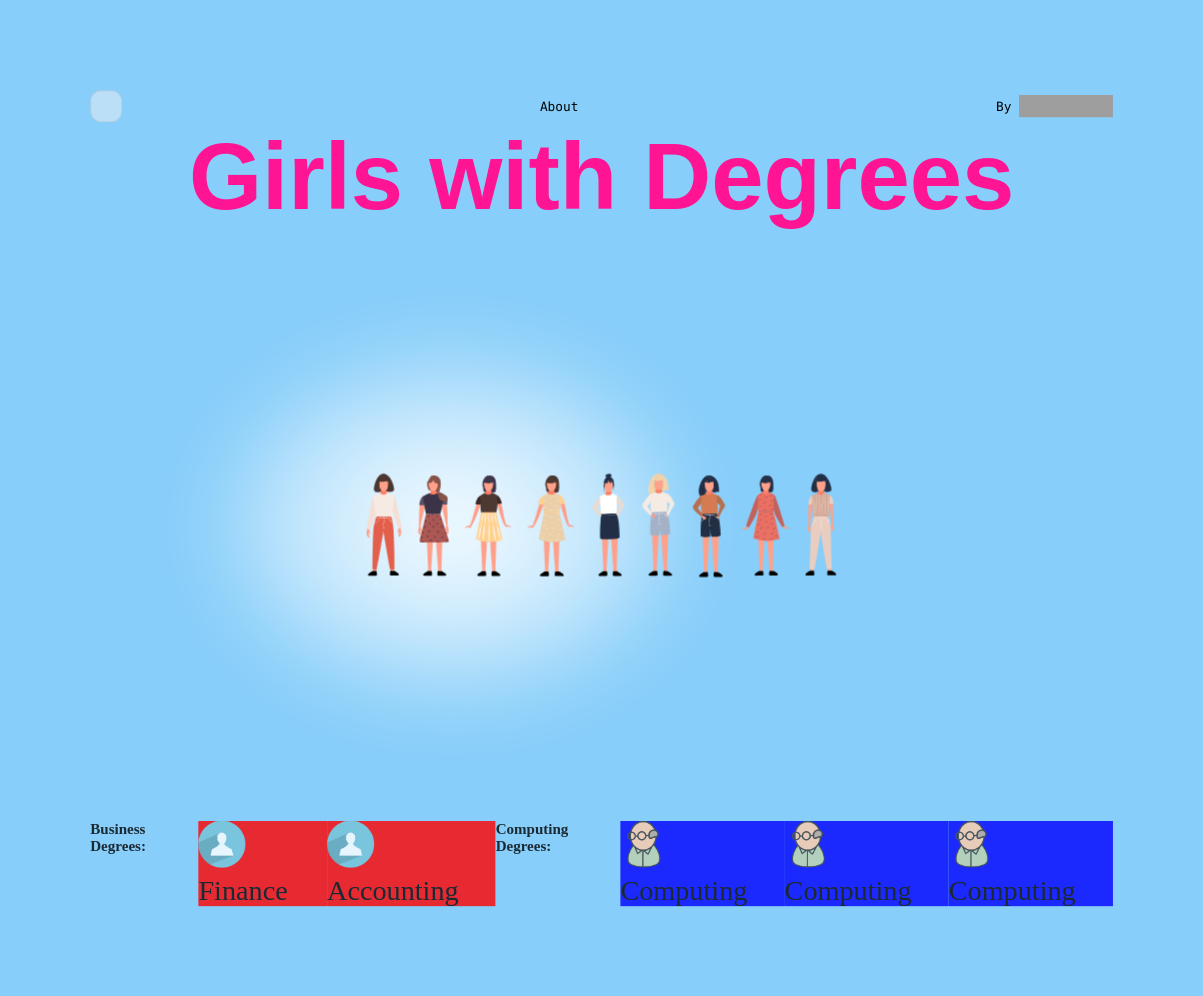
Repository: bguemos/week3example
Page: /
These files come from the project's save history. The page is drawn as it stood at one moment and after the next save; the edit follows.
The browser window is 1280 px wide. The pictures show the whole page, at 94% of full size.
Pictures or frames that could not be fetched are drawn as grey boxes. The project was rebuilt for these pictures with package versions that can differ from the ones it lists, and the page was loaded fresh each time. The framework's server and built-in components were replaced by stand-ins that run in the browser. Also part of the build but not shown: next.config.js.

Above is the page before, as saved 2023-01-18 12:20:43.

### pages/index.js
import Head from 'next/head'
import Image from 'next/image'
import { Inter } from '@next/font/google'
import styles from '@/styles/Home.module.css'
import data from '../data/education.json'
import { useState } from 'react'
import Card from '../components/Card'
import Link from 'next/link'

const inter = Inter({ subsets: ['latin'] })

export default function Home() {
    const [information, setInformation] = useState([...data])
     console.log(data);
  return (
    <>
      <Head>
        <title>The Office</title>
        <meta name="description" content="Generated by create next app" />
        <meta name="viewport" content="width=device-width, initial-scale=1" />
        <link rel="icon" href="/favicon.ico" />
      </Head>
      <main className={styles.main}>
        <div className={styles.description}>
          <p>

            <code className={styles.code}></code>
          </p>
          <Link href="About">About</Link>
          <div>
            <a
              href="https://vercel.com?utm_source=create-next-app&utm_medium=default-template&utm_campaign=create-next-app"
              target="_blank"
              rel="noopener noreferrer"
            >
              By{' '}
              <Image
                src="/vercel.svg"
                alt="Vercel Logo"
                className={styles.vercelLogo}
                width={100}
                height={24}
                priority
              />
            </a>
          </div>
        </div>

        <h1 className={styles.header}> Girls with Degrees</h1>

        <div className={styles.center}>
          <Image
            className={styles.logo}
            src="/women.svg"
            alt="womanLogo"
            width={500}
            height={500}
            priority
          />


        </div>

        <div className={styles.grid}>
          <b> Business Degrees: </b>
          {information && information.map((info, index) => {
            if(info.department === "Business"){
              return(
                <Card key={index} degree={info.degree} colour="red" font="30px"/>
              )
            }
           })}
           <b> Computing Degrees:</b>
           {information && information.map((info, index) => {
            if(info.department === "Computing"){
              return(
              <Card key={index} degree={info.department} colour="blue" font="30px"/>
              )
            }
            })}
        </div>
      </main>
    </>
  )
}

### styles/Home.module.css
.main {
  display: flex;
  flex-direction: column;
  justify-content: space-between;
  align-items: center;
  padding: 6rem;
  min-height: 100vh;
  background-color: lightskyblue;

}

.description {
  display: inherit;
  justify-content: inherit;
  align-items: inherit;
  font-size: 0.85rem;
  max-width: var(--max-width);
  width: 100%;
  z-index: 2;
  font-family: var(--font-mono);
}

.description a {
  display: flex;
  justify-content: center;
  align-items: center;
  gap: 0.5rem;
}

.description p {
  position: relative;
  margin: 0;
  padding: 1rem;
  background-color: rgba(var(--callout-rgb), 0.5);
  border: 1px solid rgba(var(--callout-border-rgb), 0.3);
  border-radius: var(--border-radius);
}

.code {
  font-weight: 700;
  font-family: var(--font-mono);
}

.grid {
  display: flex;
  flex-direction: row;
  flex-wrap: nowrap;
  grid-template-columns: repeat(4, minmax(25%, auto));
  width: var(--max-width);
  max-width: 100%;
  opacity: .8;

}

.card {
  padding: 1rem 1.2rem;
  border-radius: var(--border-radius);
  background: rgba(var(--card-rgb), 0);
  border: 1px solid rgba(var(--card-border-rgb), 0);
  transition: background 200ms, border 200ms;
}

.card span {
  display: inline-block;
  transition: transform 200ms;
}

.card h2 {
  font-weight: 600;
  margin-bottom: 0.7rem;
}

.card p {
  margin: 0;
  opacity: 0.6;
  font-size: 0.9rem;
  line-height: 1.5;
  max-width: 30ch;
}

.center {
  display: flex;
  justify-content: center;
  align-items: center;
  position: relative;
  padding: 4rem 0;
}

.center::before {
  background: var(--secondary-glow);
  border-radius: 50%;
  width: 480px;
  height: 360px;
  margin-left: -400px;
}

.center::after {
  background: var(--primary-glow);
  width: 240px;
  height: 180px;
  z-index: -1;
}

.center::before,
.center::after {
  content: '';
  left: 50%;
  position: absolute;
  filter: blur(45px);
  transform: translateZ(0);
}

.logo,
.thirteen {
  position: relative;

}
.header{
  position: relative;
  font-size: 100px;
  font-family: Arial, Helvetica, sans-serif;
  color: deeppink;
}

.thirteen::before,
.thirteen::after {
  content: '';
  position: absolute;
  z-index: -1;
}

/* Conic Gradient Animation */
.thirteen::before {
  animation: 6s rotate linear infinite;
  width: 200%;
  height: 200%;
  background: var(--tile-border);
}

/* Inner Square */
.thirteen::after {
  inset: 0;
  padding: 1px;
  border-radius: var(--border-radius);
  background: linear-gradient(
    to bottom right,
    rgba(var(--tile-start-rgb), 1),
    rgba(var(--tile-end-rgb), 1)
  );
  background-clip: content-box;
}

/* Enable hover only on non-touch devices */
@media (hover: hover) and (pointer: fine) {
  .card:hover {
    background: rgba(var(--card-rgb), 0.1);
    border: 1px solid rgba(var(--card-border-rgb), 0.15);
  }

  .card:hover span {
    transform: translateX(4px);
  }
}

@media (prefers-reduced-motion) {
  .thirteen::before {
    animation: none;
  }

  .card:hover span {
    transform: none;
  }
}

/* Mobile */
@media (max-width: 700px) {
  .content {
    padding: 4rem;
  }

  .grid {
    grid-template-columns: 1fr;
    margin-bottom: 120px;
    max-width: 320px;
    text-align: center;
  }

  .card {
    padding: 1rem 2.5rem;
  }

  .card h2 {
    margin-bottom: 0.5rem;
  }

  .center {
    padding: 8rem 0 6rem;
  }

  .center::before {
    transform: none;
    height: 300px;
  }

  .description {
    font-size: 0.8rem;
  }

  .description a {
    padding: 1rem;
  }

  .description p,
  .description div {
    display: flex;
    justify-content: center;
    position: fixed;
    width: 100%;
  }

  .description p {
    align-items: center;
    inset: 0 0 auto;
    padding: 2rem 1rem 1.4rem;
    border-radius: 0;
    border: none;
    border-bottom: 1px solid rgba(var(--callout-border-rgb), 0.25);
    background: linear-gradient(
      to bottom,
      rgba(var(--background-start-rgb), 1),
      rgba(var(--callout-rgb), 0.5)
    );
    background-clip: padding-box;
    backdrop-filter: blur(24px);
  }

  .description div {
    align-items: flex-end;
    pointer-events: none;
    inset: auto 0 0;
    padding: 2rem;
    height: 200px;
    background: linear-gradient(
      to bottom,
      transparent 0%,
      rgb(var(--background-end-rgb)) 40%
    );
    z-index: 1;
  }
}

/* Tablet and Smaller Desktop */
@media (min-width: 701px) and (max-width: 1120px) {
  .grid {
    grid-template-columns: repeat(2, 50%);
  }
}

@media (prefers-color-scheme: dark) {
  .vercelLogo {
    filter: invert(1);
  }

  .logo,
  .thirteen img {
    filter: invert(1) drop-shadow(0 0 0.3rem #ffffff70);
  }
}

@keyframes rotate {
  from {
    transform: rotate(360deg);
  }
  to {
    transform: rotate(0deg);
  }
}

### data/education.json
[
        {
            "studentNumber": "A0004567",
            "firstName": "Person 1",
            "gpa": 3.8,
            "department": "Business",
            "degree": "Finance",
            "graduted": 2014
        },
        {
            "studentNumber": "A0001234",
            "firstName": "Person 2",
            "gpa": 3.5,
            "department": "Business",
            "degree": "Accounting",
            "graduted": 2010
        },
        {
            "studentNumber": "A0007890",
            "firstName": "Person 3",
            "gpa": 3.2,
            "department": "Computing",
            "degree": "Applied Software Development Certificate",
            "graduted": 2018
        },
        {
            "studentNumber": "A0007828",
            "firstName": "Person 4",
            "gpa": 3.9,
            "department": "Computing",
            "degree": "Computer Systems Diploma",
            "graduted": 2021
        },
        {
            "studentNumber": "A0003425",
            "firstName": "Person 5",
            "gpa": 3.2,
            "department": "Computing",
            "degree": "Applied Computer Information Systems Certificate",
            "graduted": 2021
        }
]

### components/Card/index.js
export default function Card({
    degree= "none",
    colour= "purple",
    font = "0",
    image = "icon/personTwo.png"
}) {
    return(
        <div style={{backgroundColor: colour, fontSize:font}}>
         {
            colour === "red" ? <img src={'icon/person.png'} width="50"/> :
            colour === "blue" ? <img src={'icon/personThree.png'} width="50"/>:
                                <img src={image} width="50" />
         }
         {degree}
        </div>
    )
}

Loaded but not shown: pages/_app.js (common file); pages/_document.js (common file); styles/globals.css (common file)

After the next save:
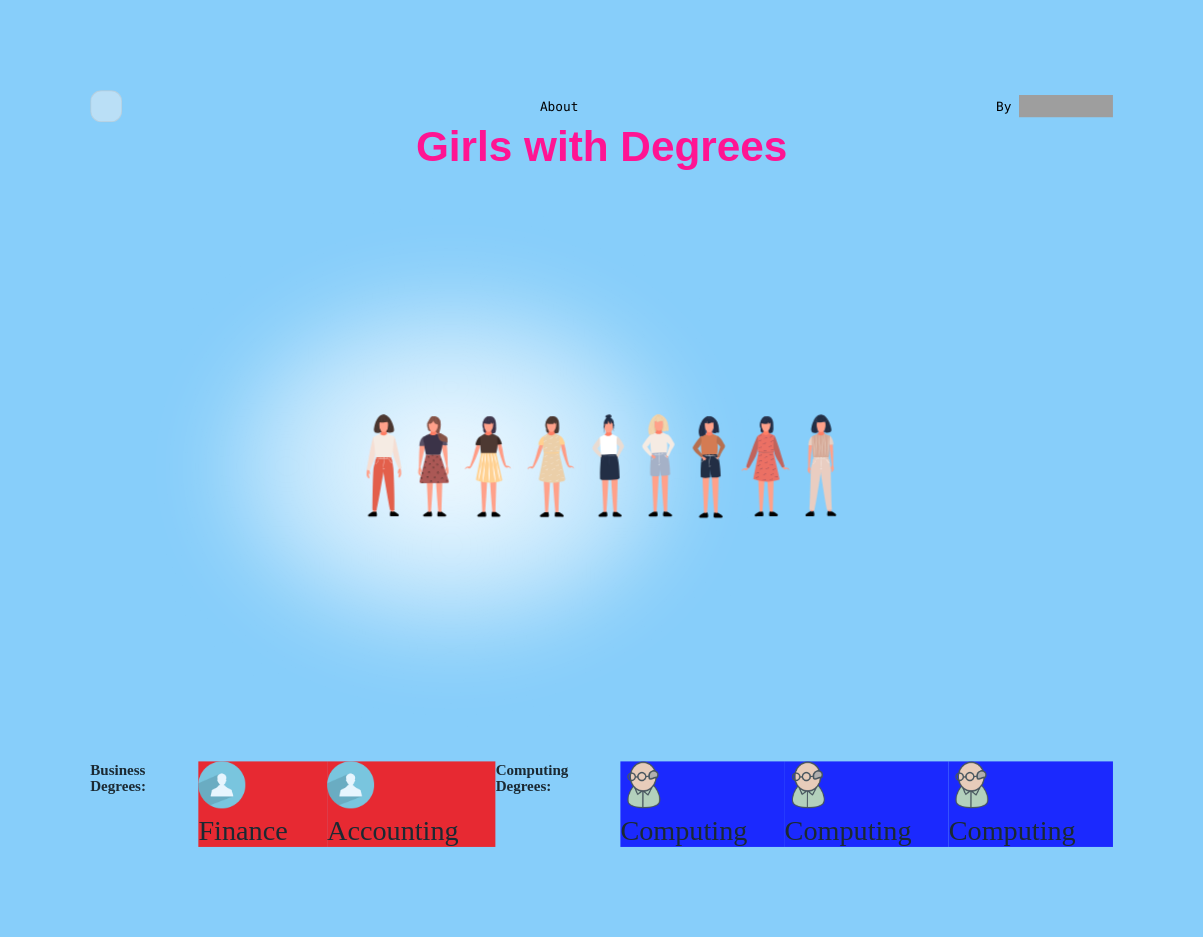
Saved 13 s later.
--- a/styles/Home.module.css
+++ b/styles/Home.module.css
@@ -117,7 +117,7 @@
 }
 .header{
   position: relative;
-  font-size: 100px;
+  font-size: 45px;
   font-family: Arial, Helvetica, sans-serif;
   color: deeppink;
 }
